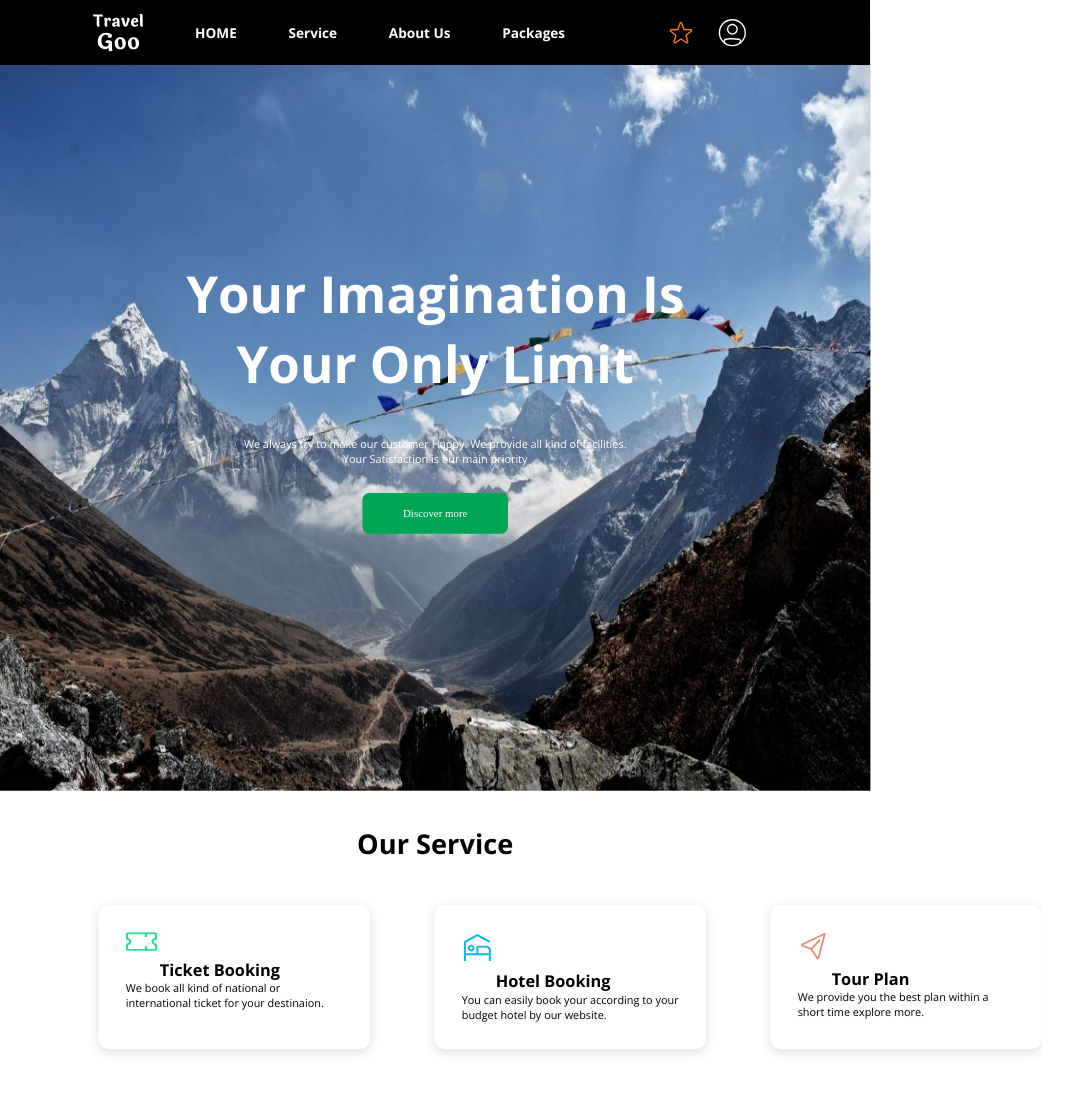
Repository: kubrazamanova/Background-Image
Page: index.html
These files come from the project's save history. The page is drawn as it stood at one moment and after the next save; the edit follows.
The browser window is 1280 px wide. The page is 1532 px wide, then 1583 px, so the pictures cover 1583 px, including what lies to the right of the window. The pictures show the whole page, at 68% of full size.

Above is the page before, as saved 2023-10-17 18:54:41.

After the next save:
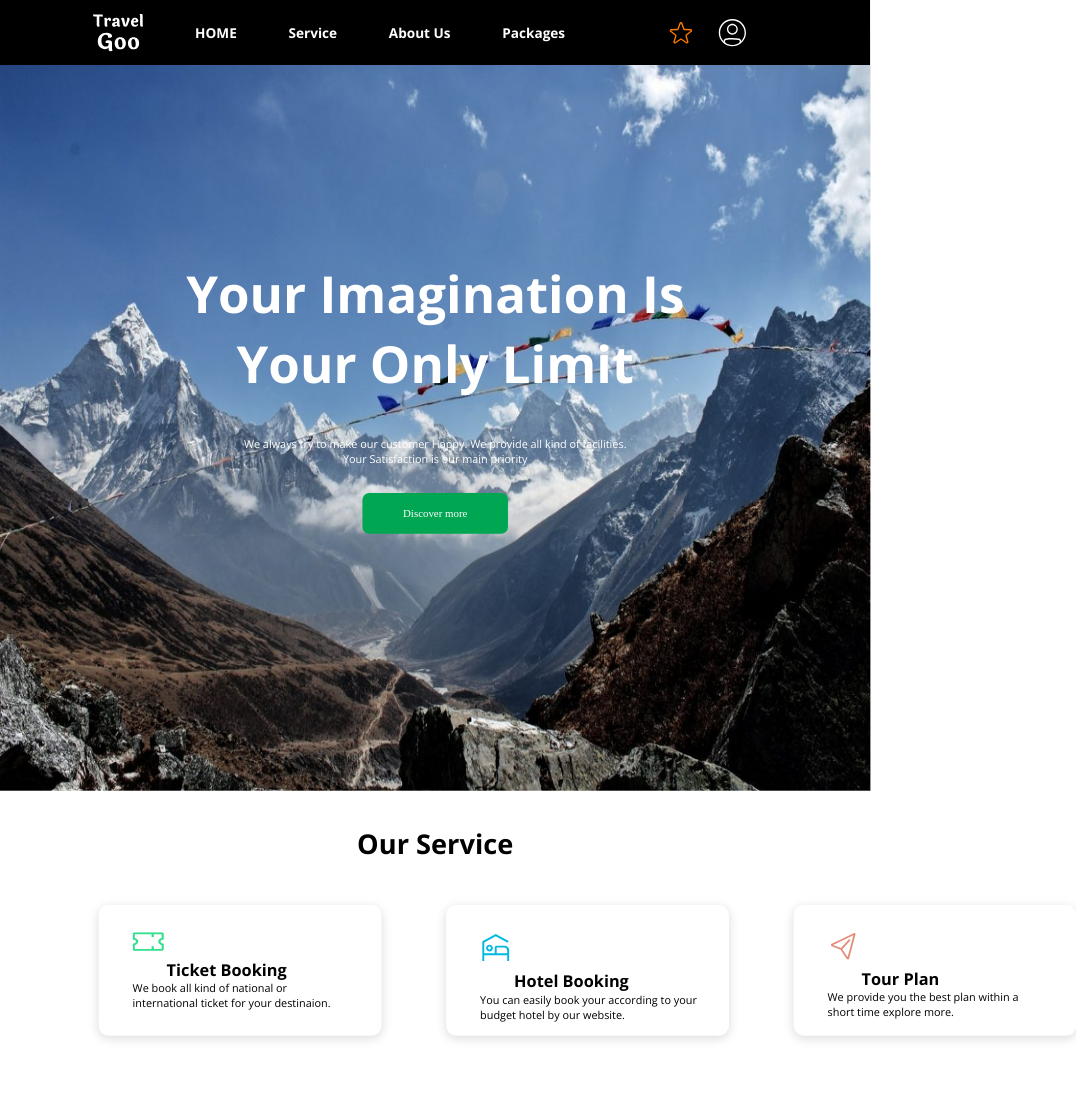
Saved 18 s later.
--- a/index.css
+++ b/index.css
@@ -112,7 +112,7 @@ main {
 
 .our-service-page ul li {
   width: 416px;
-  padding: 40px ;
+  padding: 40px 50px 20px ;
   /* height: 232px; */
   margin-right: 95px;
   margin-top: 63px;
